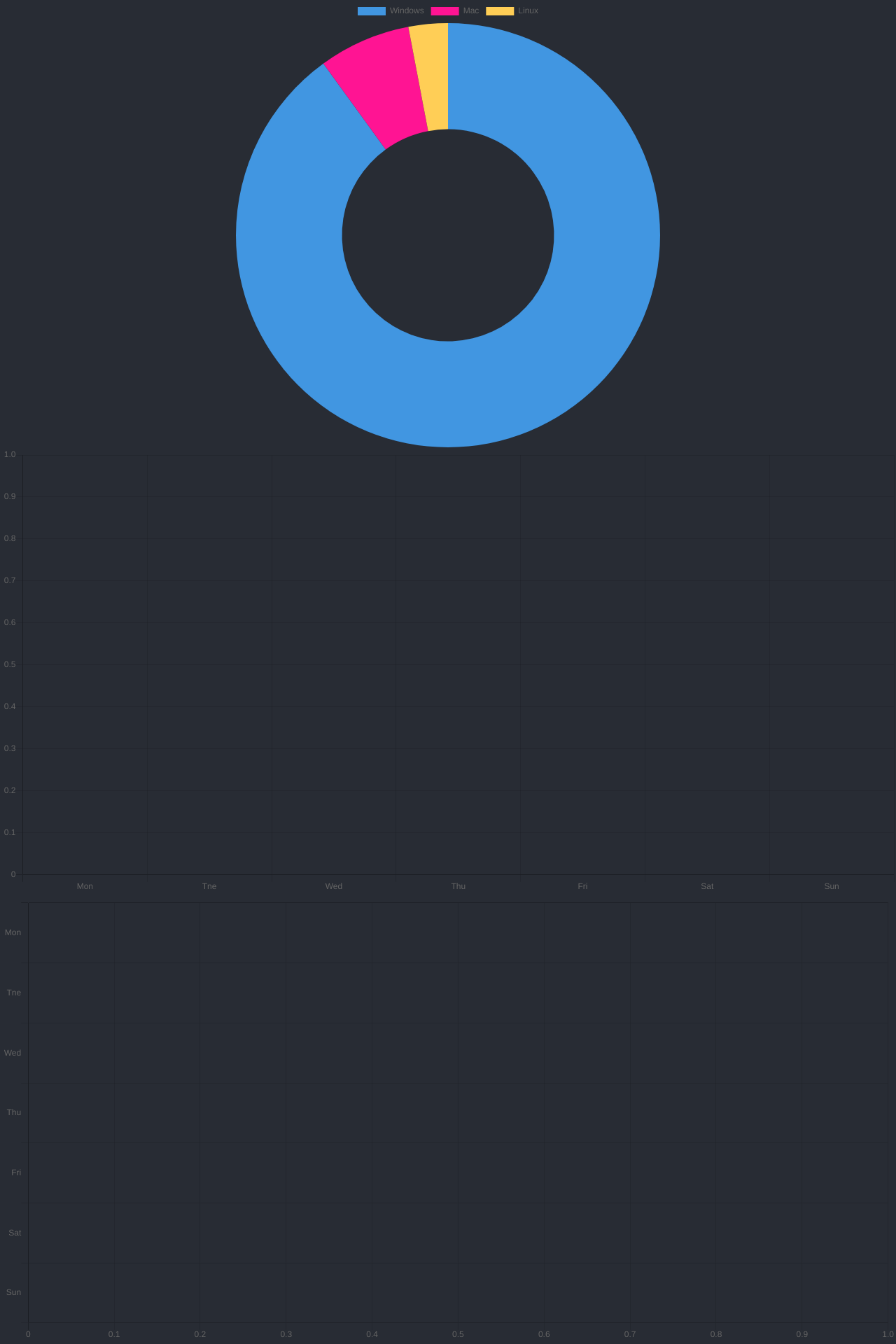
Repository: ShunsukeTanizaki/COVID19-Live
Page: /
The author's editor kept a copy of each file at every save. The page is drawn from the files as they stood at one save, then again after the next save.
The browser window is 1280 px wide. The pictures show the part of the page from y = 1280 to 3200 px (the page is 3200 px tall), at 70% of full size.
The project was rebuilt for these pictures with package versions that can differ from the ones it lists, and the page was loaded fresh each time.

Above is the page before, as saved 2020-11-06 00:03:34.

### src/App.tsx
import React from "react";
// import logo from "./logo.svg";
import "./App.css";
import LinePlot from "./components/LinePlot";
import PiePlot from "./components/PiePlot";
import BarPlot from "./components/BarPlot";

function App() {
    return (
        <div className="App">
            <LinePlot />
            <PiePlot />
            <BarPlot />
        </div>
    );
}

export default App;

### src/App.css
.App {
    background-color: #282c34;
    text-align: center;
}

.App-logo {
    height: 40vmin;
    pointer-events: none;
}

@media (prefers-reduced-motion: no-preference) {
    .App-logo {
        animation: App-logo-spin infinite 20s linear;
    }
}

.App-header {
    background-color: #282c34;
    min-height: 100vh;
    display: flex;
    flex-direction: column;
    align-items: center;
    justify-content: center;
    font-size: calc(10px + 2vmin);
    color: white;
}

.App-link {
    color: #61dafb;
}

@keyframes App-logo-spin {
    from {
        transform: rotate(0deg);
    }
    to {
        transform: rotate(360deg);
    }
}

### src/components/LinePlot.tsx
import React from "react";
import { Line } from "react-chartjs-2";

const data = {
    labels: ["Mon", "Tne", "Wed", "Thu", "Fri", "Sat", "Sun"],
    datasets: [
        {
            label: "Demo Line plot",
            backgroundColor: "#008080",
            borderColor: "#7fffd4",
            pointBorderWidth: 10,
            data: [1, 6, 9, 15, 30, 40, 80]
        }
    ]
};

const LinePlot: React.FC = () => {
    return (
        <div>
            <Line data={data} />
        </div>
    );
};

export default LinePlot;

### src/components/PiePlot.tsx
import React from "react";
import { Pie, Doughnut } from "react-chartjs-2";

const data = {
    labels: ["Windows", "Mac", "Linux"],
    datasets: [
        {
            data: [90, 7, 3],
            backgroundColor: ["#4196e1", "#ff1493", "#FFCE56"],
            hoverBackgroundColor: ["#36A2BE", "#FF6384", "#FFCE56"],
            borderColor: ["transparent", "transparent", "transparent"]
        }
    ]
};

const PiePlot: React.FC = () => {
    return (
        <div>
            <Pie data={data} />
            <Doughnut data={data} />
        </div>
    );
};

export default PiePlot;

### src/components/BarPlot.tsx
import React from "react";
import { Bar, HorizontalBar } from "react-chartjs-2";

const data = {
    labels: ["Mon", "Tne", "Wed", "Thu", "Fri", "Sat", "Sun"],
    dataset: [
        {
            labsl: "Demo bdr plot",
            backgroundColor: "#20b2aa",
            borderColor: "transParent",
            hoverBackgroundColor: "#5f9ea0",
            data: [50, 30, 70, 15, 50, 50, 0, 100]
        }
    ]
};

const BarPlot: React.FC = () => {
    return (
        <div>
            <Bar data={data} />
            <HorizontalBar data={data} />
        </div>
    );
};

export default BarPlot;

Loaded but not shown: public/index.html (common file); src/index.tsx (common file); src/index.css (common file); src/reportWebVitals.ts (common file)

After the next save:
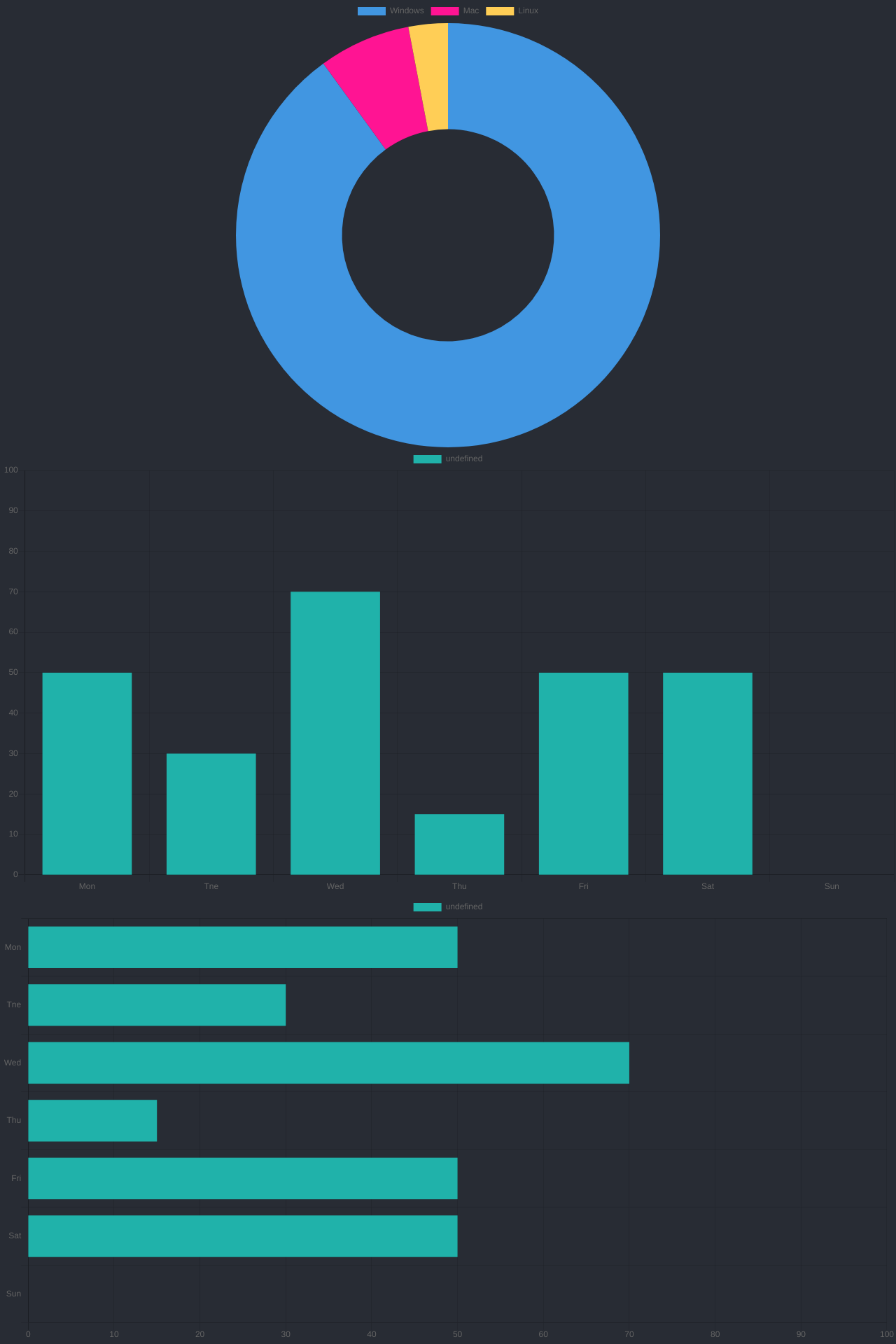
Saved 27 s later.
--- a/src/components/BarPlot.tsx
+++ b/src/components/BarPlot.tsx
@@ -3,7 +3,7 @@ import { Bar, HorizontalBar } from "react-chartjs-2";
 
 const data = {
     labels: ["Mon", "Tne", "Wed", "Thu", "Fri", "Sat", "Sun"],
-    dataset: [
+    datasets: [
         {
             labsl: "Demo bdr plot",
             backgroundColor: "#20b2aa",
